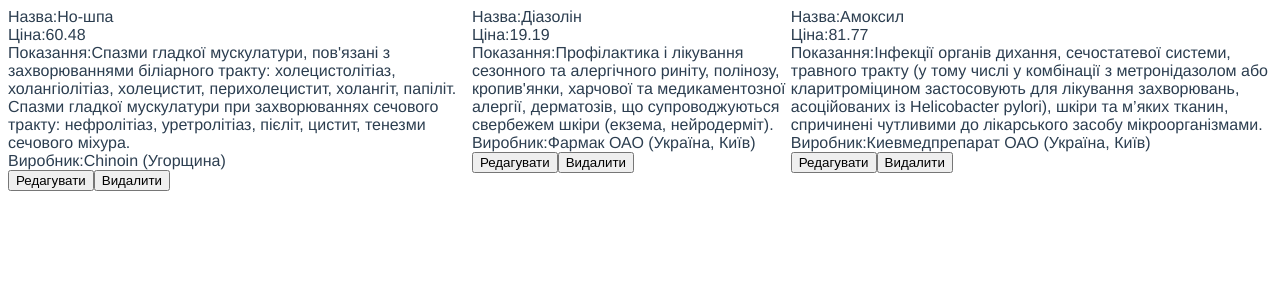
Repository: kristinap8/pharmacy
Page: /
An editor plug-in stored every save of this project. The page is shown before and after the next save, followed by the edit.
The browser window is 1280 px wide. The pictures show the whole page.
The project was rebuilt for these pictures with package versions that can differ from the ones it lists, and the page was loaded fresh each time. Also part of the build but not shown: src/components/AddMedicineForm/index.vue, src/pages/AddMedicine/index.vue, src/pages/EditMedicine/index.vue.

Above is the page before, as saved 2020-12-09 09:44:15.

### src/main.js
import Vue from 'vue'
import App from './App.vue'
import router from "./router"
import store from "./store"

Vue.config.productionTip = false

new Vue({
  store,
  router,
  render: h => h(App),
}).$mount('#app')

### src/App.vue
<template>
  <div id="app">
    <router-view/>
  </div>
</template>

<script>
export default {
  name: "App",
  components: {},
};
</script>

<style>
#app {
  font-family: Avenir, Helvetica, Arial, sans-serif;
  -webkit-font-smoothing: antialiased;
  -moz-osx-font-smoothing: grayscale;
  color: #2c3e50;
}
</style>

### src/router.js
import Vue from "vue";
import VueRouter from "vue-router";
import AddMedicine from "@/pages/AddMedicine";
import EditMedicine from "@/pages/EditMedicine";
import AllMedicines from "@/pages/AllMedicines";

Vue.use(VueRouter);

const routes=[
    {
        path:'/',
        name:'all-medicines',
        component:AllMedicines
    },
    {
        path:'/edit_medicine/:medicine_id',
        name:'edit-medicine',
        component:EditMedicine
    },
    {
        path:'/add_medicine',
        name:'add-medicine',
        component:AddMedicine
    },
]

const router=new VueRouter({
    mode:"history",
    routes
});

export default router;

### src/store/index.js
import Vue from "vue";
import Vuex from "vuex";
import { v4 as uuid_v4 } from 'uuid'

Vue.use(Vuex)

const store=new Vuex.Store({
    state:{
      medicinesList:[
          {
              id:1,
              name:'Но-шпа',
              price:60.48,
              requirements:"Спазми гладкої мускулатури, пов'язані з захворюваннями біліарного тракту: холецистолітіаз, холангіолітіаз, холецистит, перихолецистит, холангіт, папіліт. Спазми гладкої мускулатури при захворюваннях сечового тракту: нефролітіаз, уретролітіаз, пієліт, цистит, тенезми сечового міхура.",
              maker:"Chinoin (Угорщина)"

          },
          {
            id:2,
            name:"Діазолін",
            price:19.19,
            requirements:"Профілактика і лікування сезонного та алергічного риніту, полінозу, кропив'янки, харчової та медикаментозної алергії, дерматозів, що супроводжуються свербежем шкіри (екзема, нейродерміт).",
            maker:"Фармак ОАО (Україна, Київ)"

        },
        {
            id:3,
            name:"Амоксил",
            price:81.77,
            requirements:"Інфекції органів дихання, сечостатевої системи, травного тракту (у тому числі у комбінації з метронідазолом або кларитроміцином застосовують для лікування захворювань, асоційованих із Helicobacter pylori), шкіри та м’яких тканин, спричинені чутливими до лікарського засобу мікроорганізмами.",
            maker:"Киевмедпрепарат ОАО (Україна, Київ)"

        }
      ]
    },
    mutations:{
        addMedicine(state, data) {
            state.medicinesList.push({
             id: uuid_v4(),
             ...data,
           })
         },
         deleteMedicine(state,id){
             let medicines=state.medicinesList.filter(medicine=>medicine.id!=id)
             state.medicinesList=medicines;
         },
         editMedicine(state,medicine){
             state.medicinesList.forEach(m=>{
                 if(m.id==medicine.id){
                     m=medicine;
                 }
             } )
         }
    },
    actions:{
        addMedicine({ commit }, medicine) {
            commit('addMedicine', medicine)
          },
          deleteMovie({commit},id){
              commit('deleteMedicine',id)
          },
          editMovie({commit},medicine){
              commit('editMedicine',medicine)
          }
    },
    getters:{
        getMedicines:(state)=> state.medicinesList,
    },
    modules:{

    }
})

export default store

### src/pages/AllMedicines/index.vue
<template>
    <div>
     <medicines-list/>
    </div>
</template>

<script>
import MedicinesList from "../../components/MedicinesList"
    export default {
        name:"AllMedicine",
        components: {
            MedicinesList,
        },
    }
</script>

<style lang="scss" scoped>

</style>

### src/components/MedicinesList/index.vue
<template>
    <div>
     <div class="list-container">
    <medicine-card
    v-for="medicine in getMedicines"
    :key="medicine.id"
    :id="medicine.id"
    :name="medicine.name"
    :price="medicine.price"
    :requirements="medicine.requirements"
    :maker="medicine.maker"
    />
     </div>
    </div>
</template>

<script>
import { mapGetters } from 'vuex'
import MedicineCard from "./MedicineCard"
    export default {
        name:"MedicinesList",
        components: {
       MedicineCard,
        },
        computed: {
            ...mapGetters(['getMedicines']),
        },
    }
</script>

<style lang="scss" scoped>
  .list-container{
      display: flex;
  }
</style>

### src/components/MedicinesList/MedicineCard/index.vue
<template>
    <div class="card-container">
    <div>Назва:{{name}}</div>
    <div>Ціна:{{price}}</div>
    <div>Показання:{{requirements}}</div>
    <div>Виробник:{{maker}}</div>
    <button>Редагувати</button>
    <button>Видалити</button>
    </div>
</template>

<script>
  export default {
        name:"MedicineCard",
        props: {
            id: {
                type: [String,Number],
                required:true,
            },
            name: {
                type: String,
                default:"Назва препарату не вказана"
            },
            price:{
                type:[String,Number],
                default:0
            },
            requirements:{
                type:String,
                default:"Показань до застосування не вказано"
            },
            maker:{
                type:String,
                default:"Виробника не вказано"
            }

        },
    }
</script>

<style lang="scss" scoped>

</style>

Loaded but not shown: public/index.html (common file)

After the next save:
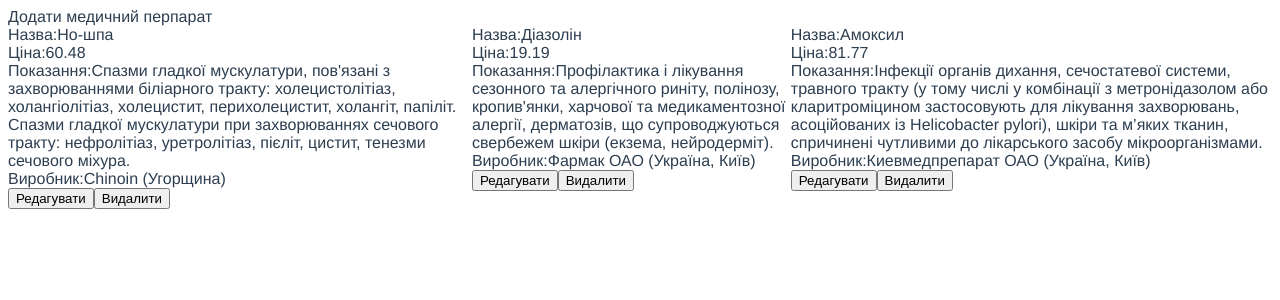
Saved 16 min 8 s later.
--- a/src/pages/AllMedicines/index.vue
+++ b/src/pages/AllMedicines/index.vue
@@ -1,5 +1,6 @@
 <template>
     <div>
+        <router to="/add_medicine">Додати медичний перпарат</router>
      <medicines-list/>
     </div>
 </template>
